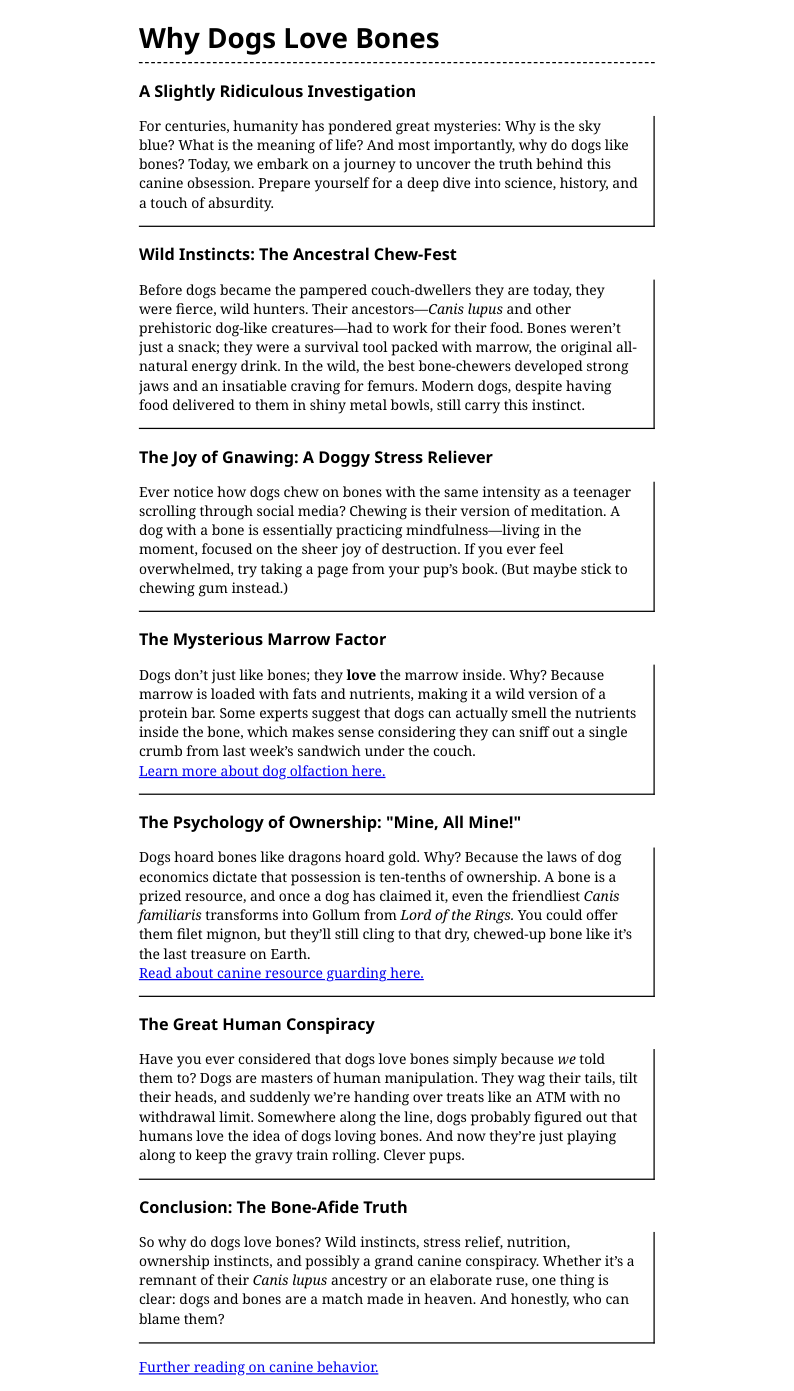
Repository: Leith-vdl/apprentice-challenge-1
Page: index.html
These files come from the project's save history. The page is drawn as it stood at one moment and after the next save; the edit follows.
The browser window is 1280 px wide. The pictures show the whole page, at 62% of full size.

Above is the page before, as saved 2025-01-31 15:32:38.

### index.html
<!DOCTYPE html>
<html lang="en">
<head>
    <meta charset="UTF-8">
    <meta name="viewport" content="width=device-width, initial-scale=1.0">
    <title>Why Dogs Love Bones</title>
    <link rel="stylesheet" href="styles/styles.css">
</head>
<body>
    <header class="page-header">
        <h1 class="page-header-title">
            Why Dogs Love Bones
        </h1>
    </header>
    <main>
        <section>
            <h3 class="section-title">A Slightly Ridiculous Investigation</h3>
            <p class="section-main-text">
                For centuries, humanity has pondered great mysteries: Why is the sky blue? What is the
                meaning of life? And most importantly, why do dogs like bones? Today, we embark on a
                journey to uncover the truth behind this canine obsession. Prepare yourself for a deep dive into
                science, history, and a touch of absurdity.
            </p>
        </section>
        <section>
            <h3 class="section-title">Wild Instincts: The Ancestral Chew-Fest</h3>
            <p class="section-main-text">
                Before dogs became the pampered couch-dwellers they are today, they were fierce, wild
                hunters. Their ancestors—<i>Canis lupus</i> and other prehistoric dog-like creatures—had to work for
                their food. Bones weren’t just a snack; they were a survival tool packed with marrow, the
                original all-natural energy drink. In the wild, the best bone-chewers developed strong jaws
                and an insatiable craving for femurs. Modern dogs, despite having food delivered to them in
                shiny metal bowls, still carry this instinct.
            </p>
        </section>
        <section>
            <h3 class="section-title">The Joy of Gnawing: A Doggy Stress Reliever</h3>
            <p class="section-main-text">
                Ever notice how dogs chew on bones with the same intensity as a teenager scrolling through
                social media? Chewing is their version of meditation. A dog with a bone is essentially practicing
                mindfulness—living in the moment, focused on the sheer joy of destruction. If you ever feel
                overwhelmed, try taking a page from your pup’s book. (But maybe stick to chewing gum
                instead.)
            </p>
        </section>
        <section>
            <h3 class="section-title">The Mysterious Marrow Factor</h3>
            <p class="section-main-text">
                Dogs don’t just like bones; they <b>love</b> the marrow inside. Why? Because marrow is loaded with
                fats and nutrients, making it a wild version of a protein bar. Some experts suggest that dogs
                can actually smell the nutrients inside the bone, which makes sense considering they can sniff
                out a single crumb from last week’s sandwich under the couch.<br>
                <a href="https://vcahospitals.com/know-your-pet/how-dogs-use-smell-to-perceive-the-world" target="_blank">Learn more about dog olfaction here.</a>
            </p>
        </section>
        <section>
            <h3 class="section-title">The Psychology of Ownership: "Mine, All Mine!"</h3>
            <p class="section-main-text">
                Dogs hoard bones like dragons hoard gold. Why? Because the laws of dog economics dictate
                that possession is ten-tenths of ownership. A bone is a prized resource, and once a dog has
                claimed it, even the friendliest <i>Canis familiaris</i> transforms into Gollum from <i>Lord of the Rings.</i>
                You could offer them filet mignon, but they’ll still cling to that dry, chewed-up bone like it’s the
                last treasure on Earth.<br>
                <a href="https://www.battersea.org.uk/pet-advice/dog-advice/dealing-resource-guarding?gad_source=1&gclid=Cj0KCQiAhvK8BhDfARIsABsPy4h3CRlVVPVANZfAc-HngzDTwKg5KUgeNuAmZD8EIJDuwS7ktlBpRYQaAjNyEALw_wcB" target="_blank">Read about canine resource guarding here.</a>
            </p>
        </section>
        <section>
            <h3 class="section-title">The Great Human Conspiracy</h3>
            <p class="section-main-text">
                Have you ever considered that dogs love bones simply because <i>we</i> told them to? Dogs are
                masters of human manipulation. They wag their tails, tilt their heads, and suddenly we’re
                handing over treats like an ATM with no withdrawal limit. Somewhere along the line, dogs
                probably figured out that humans love the idea of dogs loving bones. And now they’re just
                playing along to keep the gravy train rolling. Clever pups.
            </p>
        </section>
        <section>
            <h3 class="section-title">Conclusion: The Bone-Afide Truth</h3>
            <p class="section-main-text">
                So why do dogs love bones? Wild instincts, stress relief, nutrition, ownership instincts, and
                possibly a grand canine conspiracy. Whether it’s a remnant of their <i>Canis lupus</i> ancestry or an
                elaborate ruse, one thing is clear: dogs and bones are a match made in heaven. And honestly,
                who can blame them?
            </p>
        </section>
    </main>
    <footer>
        <p>
            <a href="https://en.wikipedia.org/wiki/Dog_behavior" target="_blank">Further reading on canine behavior.</a>
        </p>
    </footer>
</body>
</html>

### styles/styles.css
body {
    margin: 1em 10em;
    font-size: 1.4em;
    font-family: Georgia, 'Times New Roman', Times, serif
}

.page-header {
    border-bottom: 2px dashed black;
}

h1.page-header-title, h3.section-title {
    font-family: 'Segoe UI', Tahoma, Geneva, Verdana, sans-serif;
    margin-bottom: 0.2em;
}

h3.section-title {
    margin-top: 1em;
}

p.section-main-text {
    padding: 0 1em 1em 0;
    border-bottom: 2px solid black;
    border-right: 2px solid black;
}

After the next save:
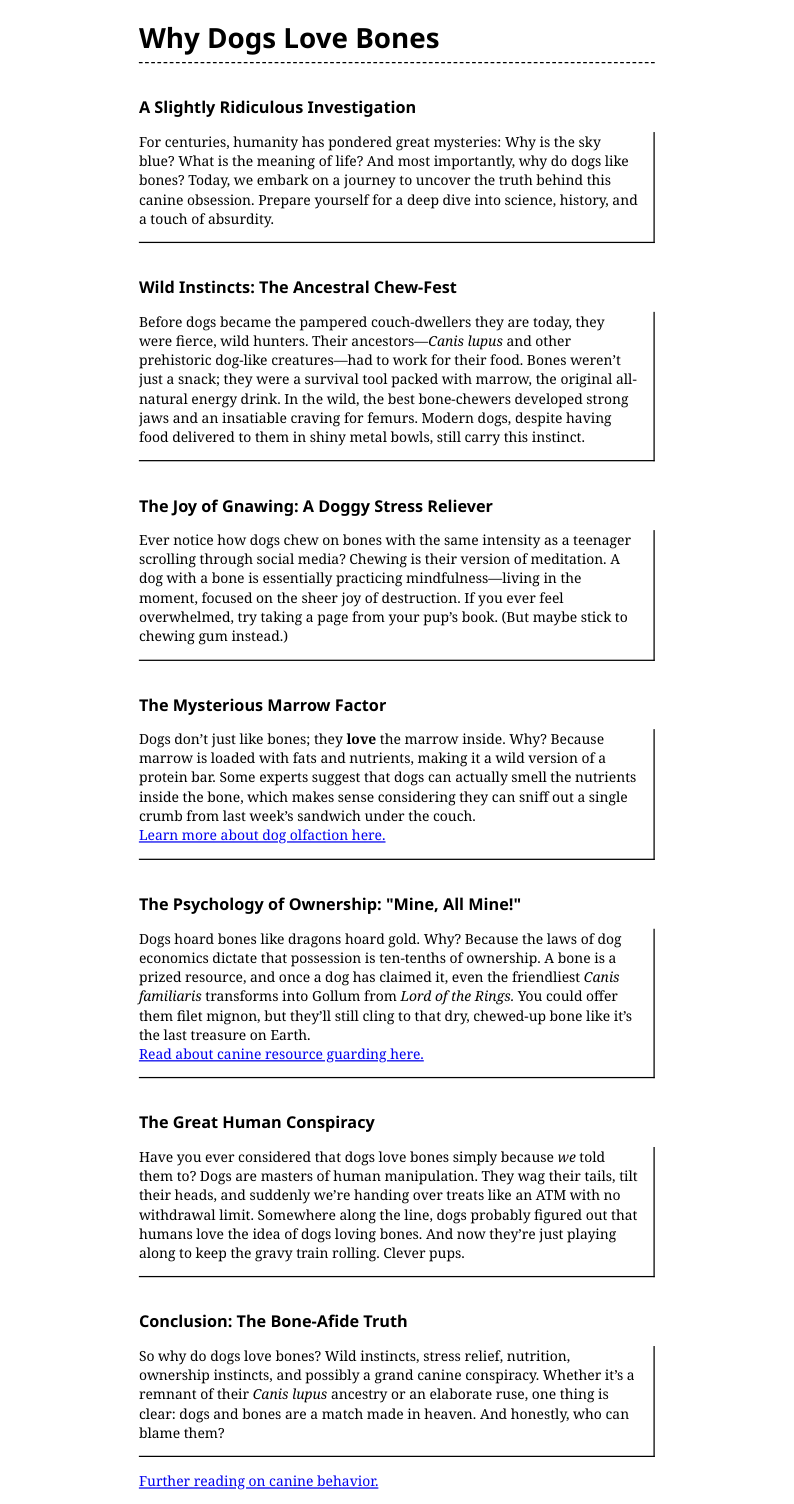
Saved 6 s later.
--- a/styles/styles.css
+++ b/styles/styles.css
@@ -14,7 +14,7 @@ h1.page-header-title, h3.section-title {
 }
 
 h3.section-title {
-    margin-top: 1em;
+    margin-top: 2em;
 }
 
 p.section-main-text {
